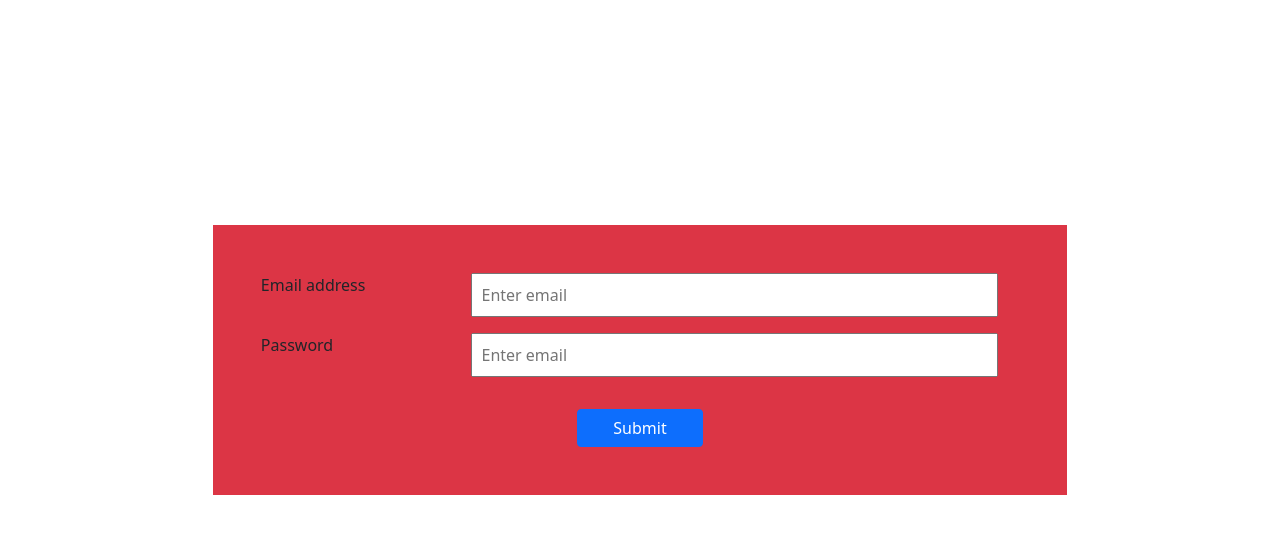
Repository: mariamkhaledsapra/E-Commerce-main
Page: /login
These files come from the project's save history. The page is drawn as it stood at one moment and after a run of saves; the edit follows.
The browser window is 1280 px wide. The pictures show the whole page.
The project was rebuilt for these pictures with package versions that can differ from the ones it lists, and the page was loaded fresh each time. Also part of the build but not shown: src/App.css, src/components/Navbar.jsx, src/App.js.

Above is the page before, as saved 2024-02-13 22:06:01.

### public/index.html
<!DOCTYPE html>
<html lang="en">
  <head>
    <meta charset="utf-8" />
    <link rel="icon" href="%PUBLIC_URL%/favicon.ico" />
    <meta name="viewport" content="width=device-width, initial-scale=1" />
    <meta name="theme-color" content="#000000" />
    <meta
      name="description"
      content="Web site created using create-react-app"
    />
    <link href="https://cdn.jsdelivr.net/npm/bootstrap@5.1.3/dist/css/bootstrap.min.css" rel="stylesheet" integrity="sha384-1BmE4kWBq78iYhFldvKuhfTAU6auU8tT94WrHftjDbrCEXSU1oBoqyl2QvZ6jIW3" crossorigin="anonymous">

    <title>React App</title>
  </head>
  <body>
    <div id="root"></div>
  </body>
</html>

### src/index.js
import React from "react";
import ReactDOM from "react-dom/client";
import "./index.css";
import App from "./App";
import reportWebVitals from "./reportWebVitals";
import { createBrowserRouter, RouterProvider } from "react-router-dom";
import Login from "./components/Login";
import Navbar from "./components/Navbar";

const Routes = createBrowserRouter([
  {
    path: "/",
    element: <App />,
  },
  {
    path: "/login",
    element: <Login />,
  },
]);

const root = ReactDOM.createRoot(document.getElementById("root"));
root.render(
  <RouterProvider router={Routes}>
    <App />
  </RouterProvider>
);

reportWebVitals();

### src/index.css
body {
  display: flex;

  justify-content: center;

  align-items: center;

  height: 100vh;

  margin: 0;
}
/* .login {
  position: absolute;
  top: 50%;
  left: 50%;
  width: 100%;
  transform: translate(-50%, -50%);
  -webkit-transform: translate(-50%, -50%);
  -moz-transform: translate(-50%, -50%);
  -ms-transform: translate(-50%, -50%);
  -o-transform: translate(-50%, -50%);
} */

### src/components/Login.jsx
import React from "react";

const Login = () => {
  return (
    <div class="login-form w-100 bg-danger ">
      <form class="p-5 d-flex flex-wrap align-items-center">
        <div class="d-flex col-10">
          <label for="email" class="col-4">
            Email address
          </label>

          <input
            type="email"
            class="col-10 p-2"
            id="email"
            placeholder="Enter email"
          />
        </div>
        <div class="d-flex col-10 my-3">
          <label for="email" class="col-4">
            Password
          </label>

          <input
            type="email"
            class="col-10 p-2"
            id="email"
            placeholder="Enter email"
          />
        </div>

        <div class="col-12 d-flex mt-3 justify-content-center">
          {" "}
          <button type="submit" class="btn btn-primary col-2">
            Submit
          </button>
        </div>
      </form>
    </div>
  );
};

export default Login;

Loaded but not shown: src/reportWebVitals.js (common file)

After the next 2 saves:
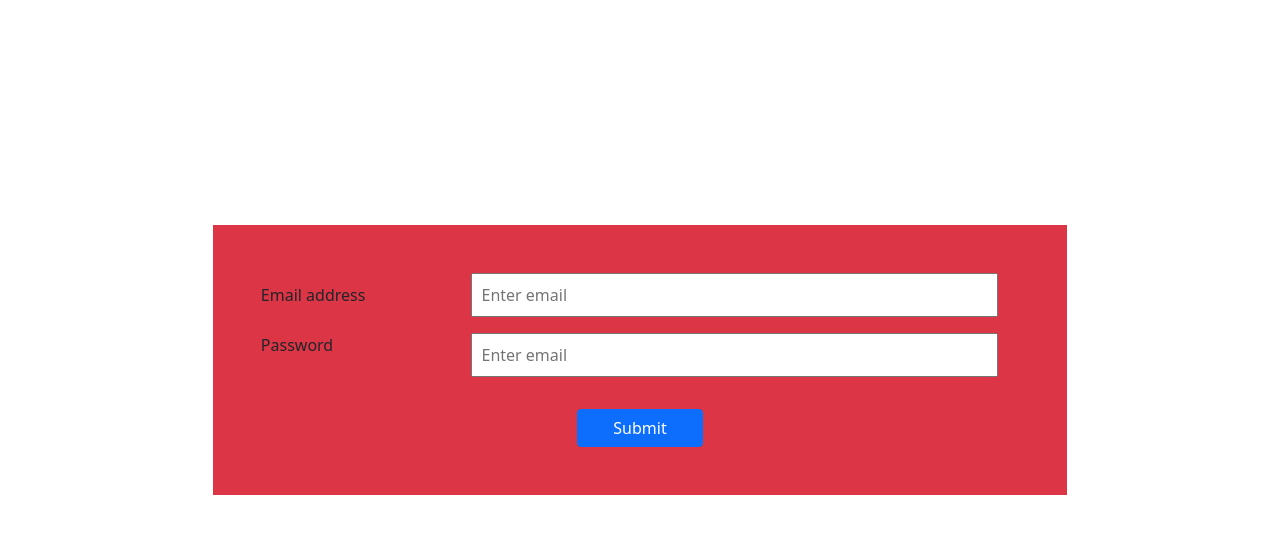
The 2 saves are shown as one change because they came seconds apart.
The last was saved 10 s later.
--- a/src/components/Login.jsx
+++ b/src/components/Login.jsx
@@ -3,8 +3,8 @@ import React from "react";
 const Login = () => {
   return (
     <div class="login-form w-100 bg-danger ">
-      <form class="p-5 d-flex flex-wrap align-items-center">
-        <div class="d-flex col-10">
+      <form class="p-5 d-flex flex-wrap ">
+        <div class="d-flex col-10 align-items-center">
           <label for="email" class="col-4">
             Email address
           </label>
